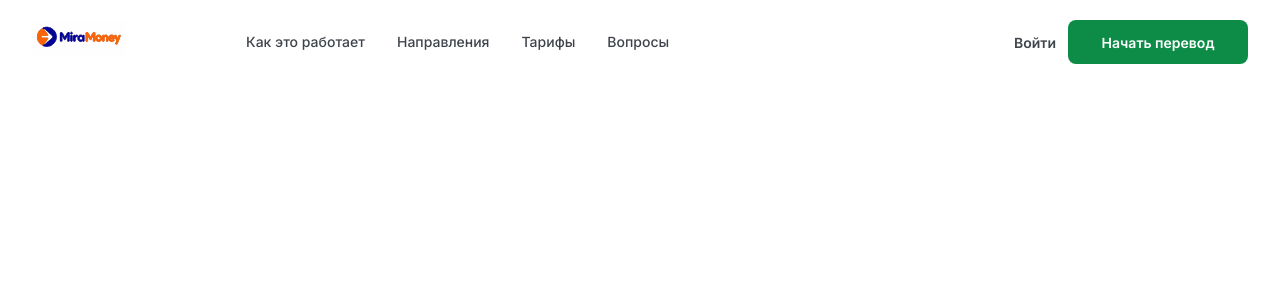
Repository: Shaiyr1/mira-money
Page: index.html
An editor plug-in stored every save of this project. The page is shown before and after the next save, followed by the edit.
The browser window is 1280 px wide. The pictures show the whole page.

Above is the page before, as saved 2026-10-19 16:56:18.

### index.html
<!DOCTYPE html>
<html lang="en">
<head>
    <meta charset="UTF-8">
    <meta http-equiv="X-UA-Compatible" content="IE=edge">
    <meta name="viewport" content="width=device-width, initial-scale=1.0">
    <link rel="stylesheet" href="/src/css/style.css">
    <title>Document</title>
</head>
<body>
    <header class="header">
        <nav class="header-nav">
            <a class="header-nav__link" href="">
                <img class="header-nav__link-logo" src="./src/img/logo.svg" alt="logo">
            </a>
            <ul class="header-nav__ul">
                <li class="header-nav__li">
                    <a class="header-nav__li-link" href="">Как это работает</a>
                </li>
                <li class="header-nav__li">
                    <a class="header-nav__li-link" href="">Направления</a>
                </li>
                <li class="header-nav__li">
                    <a class="header-nav__li-link" href="">Тарифы</a>
                </li>
                <li class="header-nav__li">
                    <a class="header-nav__li-link" href="">Вопросы</a>
                </li>
            </ul>
            <div class="header-nav__sign">
                <a class="header-nav__sign-link" href="">Войти</a>
                <button class="header-nav__sign-btn">Начать перевод</button>
            </div>
        </nav>
    </header>
</body>
</html>

### src/css/style.css
@import url('https://fonts.googleapis.com/css2?family=Inter:ital,opsz,wght@0,14..32,100..900;1,14..32,100..900&display=swap');

* {
    margin: 0;
    padding: 0;
    box-sizing: border-box;
}

.header {}

.header-nav {
    width: 95%;
    height: 84px;
    margin: 0 auto;
    display: flex;
    align-items: center;
}

.header-nav__link {}

.header-nav__link-logo {}

.header-nav__ul {
    margin-left: 120px;
    display: flex;
    align-items: center;
    gap: 32px;
}

.header-nav__li {
    list-style-type: none;
}

.header-nav__li-link {
    text-decoration: none;
    color: #3f444c;
    font-size: 14px;
    font-family: Inter;
    font-weight: 500;
}

.header-nav__sign {
    margin-left: auto;
    display: flex;
    align-items: center;
    gap: 12px;
}

.header-nav__sign-link {
    text-decoration: none;
    color: #3f454c;
    font-size: 14px;
    font-family: Inter;
    font-weight: 600;
}

.header-nav__sign-btn {
    background-color: #0c8c47;
    width: 180px;
    height: 44px;
    border-radius: 8px;
    color: #ffffff;
    font-size: 14px;
    font-family: Inter;
    font-weight: 600;
    border: none;
    cursor: pointer;
    transition: 0.4s;
}
.header-nav__sign-btn:hover {
    background-color: rgb(0, 96, 0);
    transition: 0.4s;
}

After the next save:
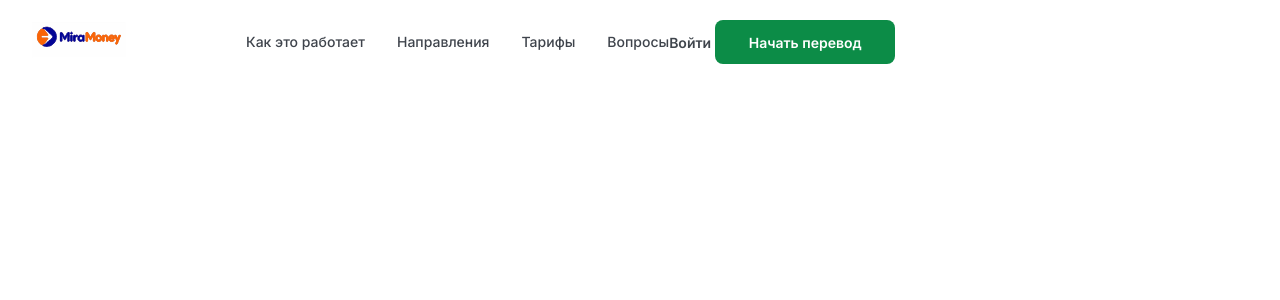
Saved 17 s later.
--- a/src/css/style.css
+++ b/src/css/style.css
@@ -38,6 +38,7 @@
     font-family: Inter;
     font-weight: 500;
 }
+.h
 
 .header-nav__sign {
     margin-left: auto;

After the 2 saves that followed:
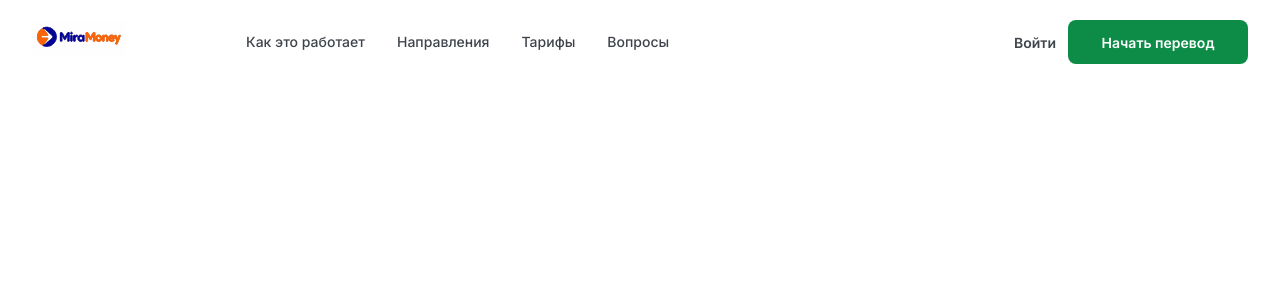
The 2 saves are shown as one change because they came seconds apart.
The last was saved 10 s later.
--- a/src/css/style.css
+++ b/src/css/style.css
@@ -38,7 +38,9 @@
     font-family: Inter;
     font-weight: 500;
 }
-.h
+.header-nav__li-link:hover {
+    color: #0c8c47;
+}
 
 .header-nav__sign {
     margin-left: auto;
